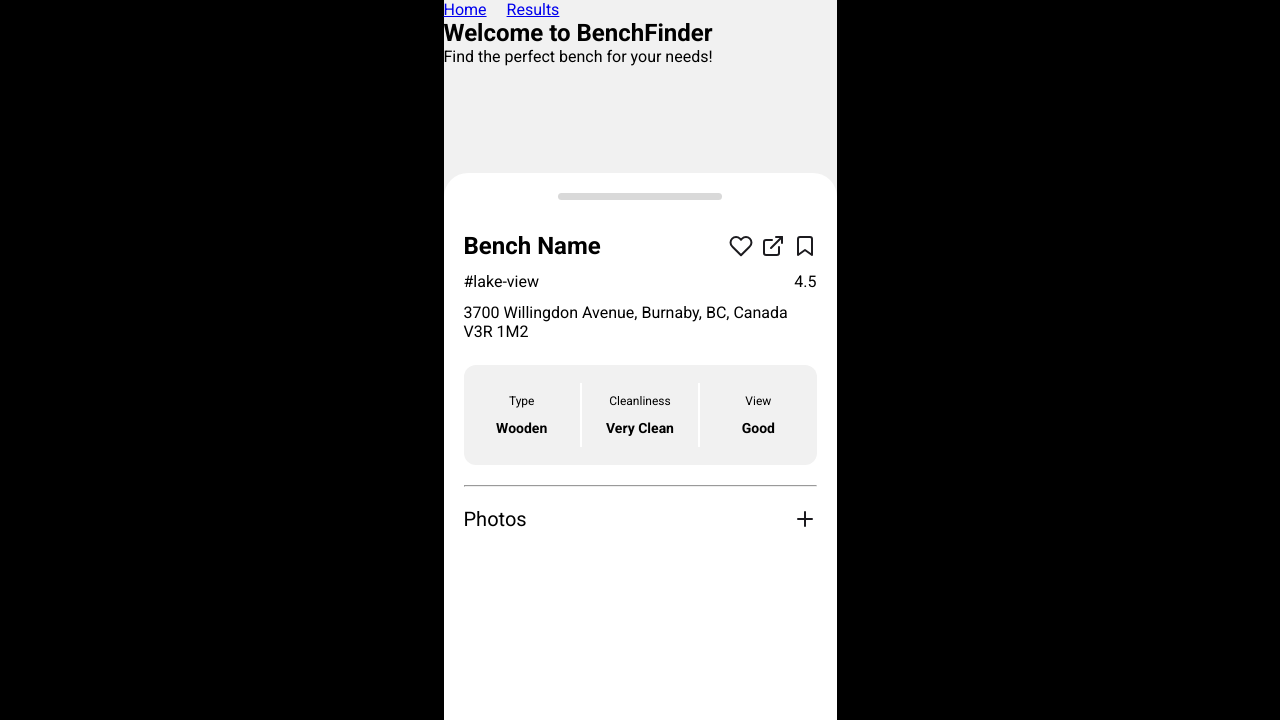
Repository: HidayatPatil/BenchFinder
Page: /
The author's editor kept a copy of each file at every save. The page is drawn from the files as they stood at one save, then again after the next save.
The browser window is 1280 px wide. The pictures show the whole page.
The project was rebuilt for these pictures with package versions that can differ from the ones it lists, and the page was loaded fresh each time. Also part of the build but not shown: vite.config.js, src/Results.jsx.

Above is the page before, as saved 2025-10-09 22:10:45.

After the next save:
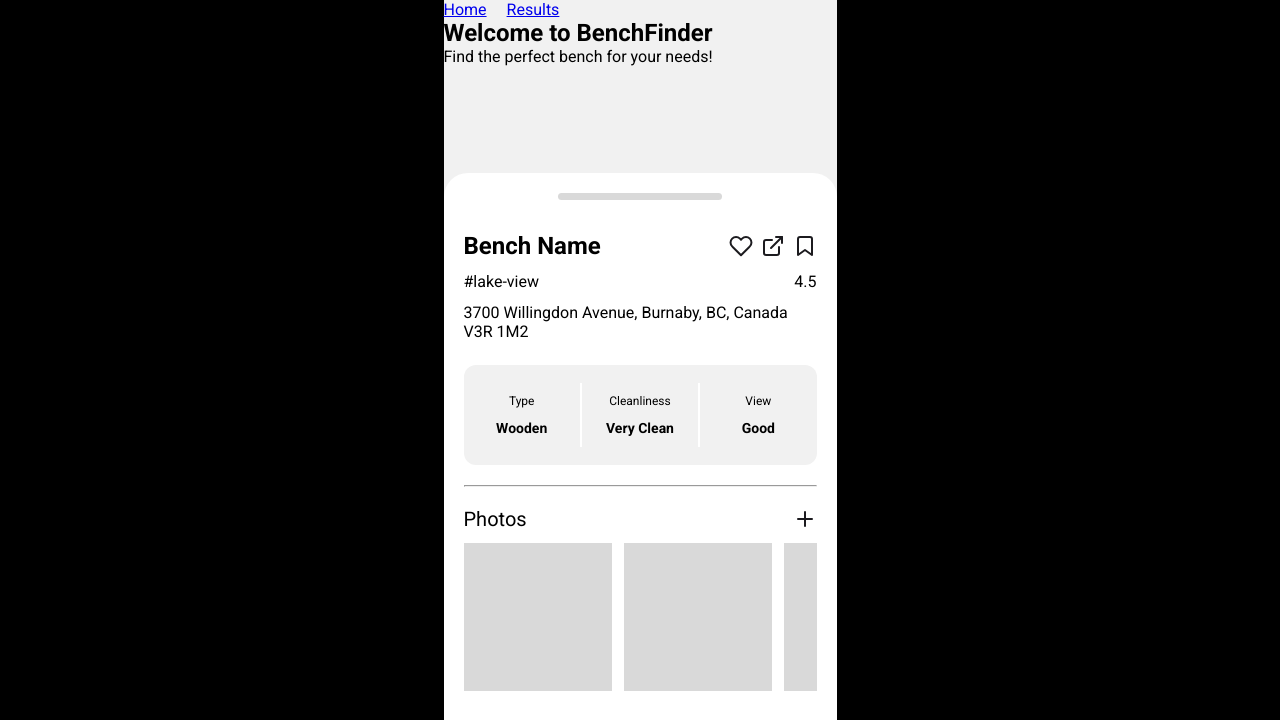
Saved 12 s later.
--- a/src/index.css
+++ b/src/index.css
@@ -172,4 +172,5 @@ html {
   flex: 0 0 auto; /* fixed size, no shrinking */
   width: 148px;
   height: 148px;
+  background-color: #d9d9d9;
 }
